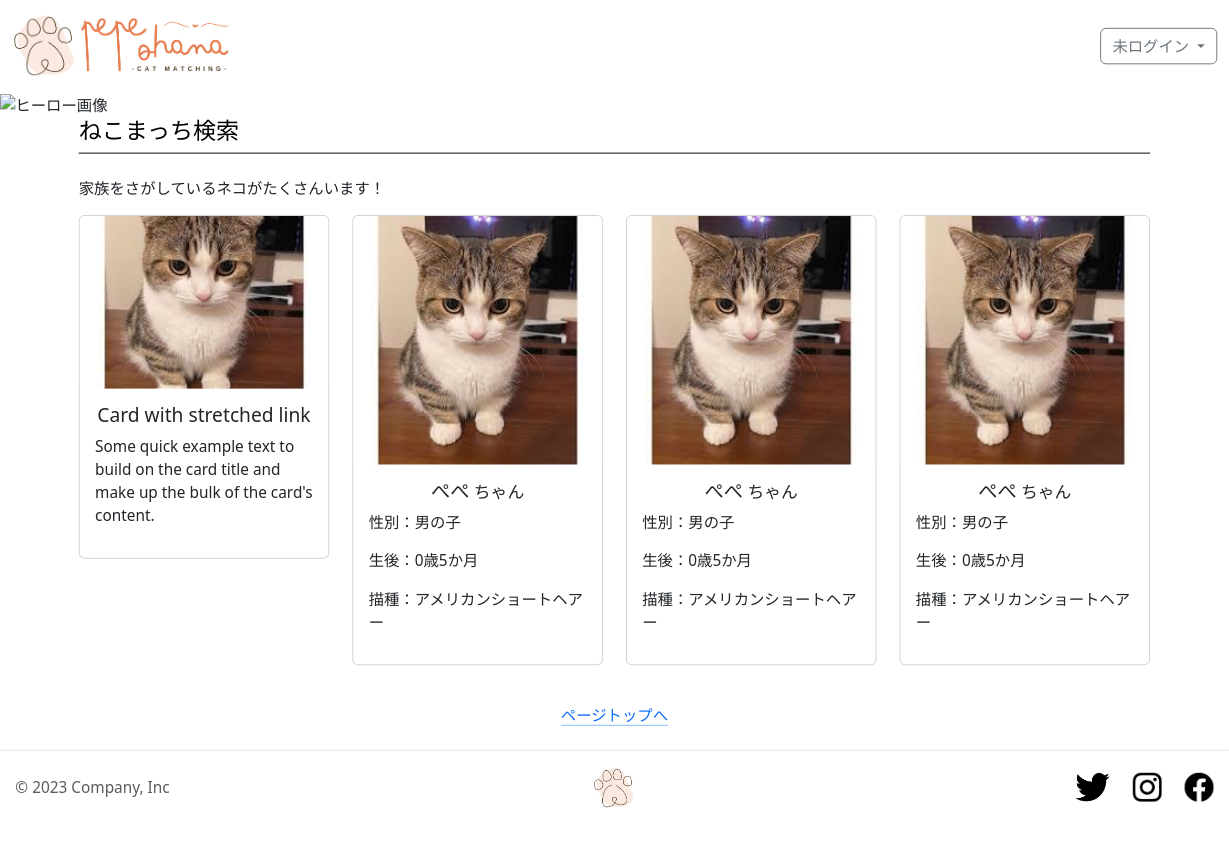
Repository: sakuwell/pepe
Page: http://localhost/PepeOhana/top.jsp
An editor plug-in stored every save of this project. The page is shown before and after the next save, followed by the edit.
The browser window is 1280 px wide. The pictures show the whole page, at 96% of full size.
The page is served by Tomcat 9. Other server files are loaded and not shown.

Above is the page before, as saved 2023-09-06 01:46:40.

### ExWorkSpace/PepeOhana/src/main/webapp/top.jsp
<%@ page language="java" contentType="text/html; charset=UTF-8"
    pageEncoding="UTF-8"%>
<%@ page import="model.UsersInfoDto" %>

<!DOCTYPE html>
<html lang="ja">
<head>
    <meta charset="UTF-8">
    <meta name="viewport" content="width=device-width, initial-scale=1.0">
    <!-- Bootstrap CSS -->
    <link href="https://cdn.jsdelivr.net/npm/bootstrap@5.3.0/dist/css/bootstrap.min.css" rel="stylesheet" integrity="sha384-9ndCyUaIbzAi2FUVXJi0CjmCapSmO7SnpJef0486qhLnuZ2cdeRhO02iuK6FUUVM" crossorigin="anonymous">
    <script src="https://cdn.jsdelivr.net/npm/bootstrap@5.3.0/dist/js/bootstrap.bundle.min.js" integrity="sha384-geWF76RCwLtnZ8qwWowPQNguL3RmwHVBC9FhGdlKrxdiJJigb/j/68SIy3Te4Bkz" crossorigin="anonymous"></script>
    <title>Top | pepeohana</title>
</head>

<%
    // セッションを取得
	UsersInfoDto userInfoOnSession = (UsersInfoDto)session.getAttribute("LOGIN_INFO");
	boolean isLoggedIn = false;
	String userName = "";
	//HttpSession mysession = request.getSession(true);

    // セッションが存在し、username属性もセットされている場合はログイン済み
    if (userInfoOnSession != null) {
		userName = userInfoOnSession.getUserName();
        isLoggedIn = true;
    }
%>

<body>
	<% if (isLoggedIn) { %>
    <!-- ログイン済ヘッダー -->
    <nav class="navbar navbar-expand-lg navbar-light bg-white">
        <div class="container-fluid">
            <a class="navbar-brand" href="#">
                <img src="images/pepe_ohana_logo.png" alt="ページロゴ" width="auto" height="70">
            </a>
            <div class="btn-group">
                <button type="button" class="btn btn-secondary dropdown-toggle" data-bs-toggle="dropdown" aria-expanded="false">
                    userName
                </button>
                <ul class="dropdown-menu dropdown-menu-end">
                    <li><a class="dropdown-item" href="#">マイページ</a></li>
                    <li><a class="dropdown-item" href="#">ログアウト</a></li>
                </ul>
            </div>
        </div>
    </nav>
    <!-- ログイン済ヘッダーここまで -->
    <% } else { %>
    <!-- 未ログインヘッダー -->
    <nav class="navbar navbar-expand-lg navbar-light bg-white">
        <div class="container-fluid">
          <a class="navbar-brand" href="#">
            <img src="images/pepe_ohana_logo.png" alt="ページロゴ" width="auto" height="70">
          </a>
          <div class="btn-group">
            <button type="button" class="btn btn-outline-secondary dropdown-toggle" data-bs-toggle="dropdown" aria-expanded="false">
              未ログイン
            </button>
            <ul class="dropdown-menu dropdown-menu-end">
              <li><a class="dropdown-item" href="#">ログイン</a></li>
              <li><a class="dropdown-item" href="#">新規ユーザー登録</a></li>
            </ul>
          </div>
        </div>
    </nav>
    <!-- 未ログインヘッダーここまで -->
    <% } %>


    <!-- ヒーロー画像 -->
    <img src="#" class="img-fluid" alt="ヒーロー画像">

    <!-- ここから下　ページごとの内容 -->
    <div>
        <!-- 検索フォームゾーン -->
        <div class="container">
            <div class="h4 pb-2 mb-4 text-black border-bottom border-black">
                ねこまっち検索
            </div>
                <p>家族をさがしているネコがたくさんいます！</p>
            <!-- 猫カード -->
            <div class="row">
 				<!-- カードのコンテンツ -->
               <!-- カードのコンテンツ -->
               <div class="col-6 col-md-4 col-lg-3">
                    <div class="card mb-3">
                        <img src="images/cat_1.jpg" style="height:180px; width: 100%; object-fit: cover;" class="card-img-top" alt="猫画像">
                        <div class="card-body">
                            <h5 class="card-title text-center">Card with stretched link</h5>
                            <p class="card-text text-right">Some quick example text to build on the card title and make up the bulk of the card's content.</p>
                            <div class="d-flex justify-content-center">
                                <a href="#" class="stretched-link"></a>
                            </div>
                        </div>
                    </div>
                </div>
 				<!-- カードのコンテンツ -->
                <div class="col-6 col-md-4 col-lg-3">
                    <div class="card mb-3">
                        <img src="images/ねこ_1.jpg" class="card-img-top" alt="猫画像" style="width:100%">
                        <div class="card-body">
                            <h5 class="card-title text-center">ぺぺ<small> ちゃん</small></h5>
                            <p class="card-text text-right">性別：男の子</p>
                            <p class="card-text text-right">生後：0歳5か月</p>
                            <p class="card-text text-right">描種：アメリカンショートヘアー</p>
                            <div class="d-flex justify-content-center">
                                <a href="#" class="stretched-link"></a>
                            </div>
                        </div>
                    </div>
                </div>
				<!-- カードのコンテンツ -->
                <div class="col-6 col-md-4 col-lg-3">
                    <div class="card mb-3">
                        <img src="images/ねこ_1.jpg" class="card-img-top" alt="猫画像" style="width:100%">
                        <div class="card-body">
                            <h5 class="card-title text-center">ぺぺ<small> ちゃん</small></h5>
                            <p class="card-text text-right">性別：男の子</p>
                            <p class="card-text text-right">生後：0歳5か月</p>
                            <p class="card-text text-right">描種：アメリカンショートヘアー</p>
                            <div class="d-flex justify-content-center">
                                <a href="#" class="stretched-link"></a>
                            </div>
                        </div>
                    </div>
                </div>
                <!-- カードのコンテンツ -->
                <div class="col-6 col-md-4 col-lg-3">
                    <div class="card mb-3">
                        <img src="images/ねこ_1.jpg" class="card-img-top" alt="猫画像" style="width:100%">
                        <div class="card-body">
                            <h5 class="card-title text-center">ぺぺ<small> ちゃん</small></h5>
                            <p class="card-text text-right">性別：男の子</p>
                            <p class="card-text text-right">生後：0歳5か月</p>
                            <p class="card-text text-right">描種：アメリカンショートヘアー</p>
                            <div class="d-flex justify-content-center">
                                <a href="#" class="stretched-link"></a>
                            </div>
                        </div>
                    </div>
                </div>
            </div>
        </div>
    </div>
    <!-- ここまで　ページごとの内容 -->

    <!-- フッター -->
    <div class="text-center mt-4">
        <a class="icon-link icon-link-hover" href="#">
            ページトップへ
        </a>
    </div>
    <footer class="d-flex flex-wrap justify-content-between align-items-center py-3 my-4 border-top">
        <div class="col-md-4 d-flex align-items-center ms-3">
          	<span class="mb-3 mb-md-0 text-body-secondary">© 2023 Company, Inc</span>
        </div>
        <div>
        	<a href="#"><img alt="ロゴ画像" src="images/nikukyu_logo.png" width="auto" height="45"></a>
   		</div>
        <ul class="nav col-md-4 justify-content-end list-unstyled d-flex me-3">
            <li><a href="#"><img src=images/twitter_logo.png width="auto" height="30"></a></li>
            <li class="ms-4"><a href="#"><img src=images/insta_logo.png width="auto" height="30"></a></li>
            <li class="ms-4"><a href="#"><img src=images/facebook_logo.png width="auto" height="30"></a></li>
        </ul>
    </footer>
    <!-- フッター　ここまで -->

</body>
</html>

After the next save:
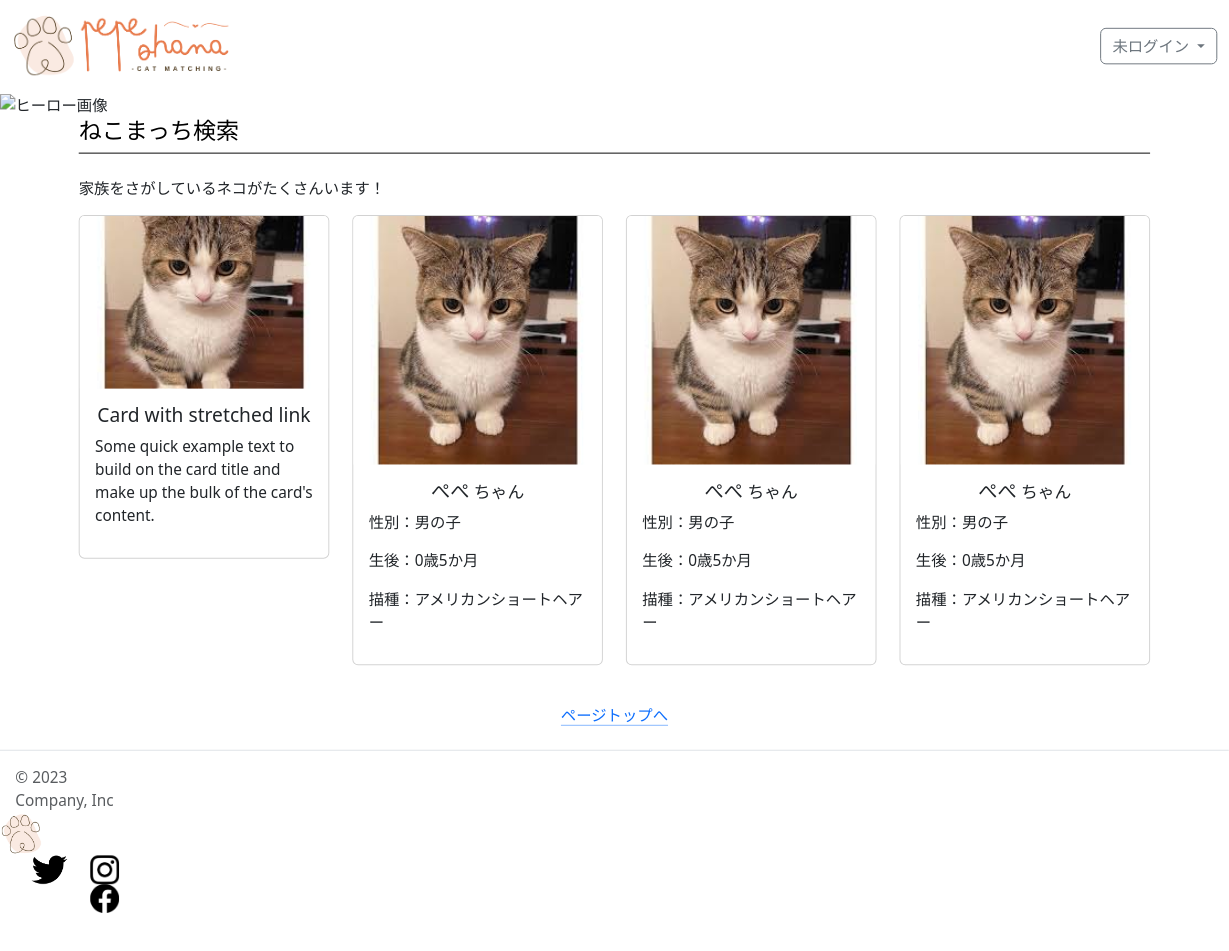
Saved 4 min 0 s later.
--- a/ExWorkSpace/PepeOhana/src/main/webapp/top.jsp
+++ b/ExWorkSpace/PepeOhana/src/main/webapp/top.jsp
@@ -153,17 +153,19 @@
         </a>
     </div>
     <footer class="d-flex flex-wrap justify-content-between align-items-center py-3 my-4 border-top">
-        <div class="col-md-4 d-flex align-items-center ms-3">
-          	<span class="mb-3 mb-md-0 text-body-secondary">© 2023 Company, Inc</span>
+        <div class="row">
+	        <div class="col-md-4 d-flex align-items-center ms-3">
+	          	<span class="mb-3 mb-md-0 text-body-secondary">© 2023 Company, Inc</span>
+	        </div>
+	        <div class="col-md-4>
+	        	<a href="#"><img alt="ロゴ画像" src="images/nikukyu_logo.png" width="auto" height="45"></a>
+	   		</div>
+	        <ul class="nav col-12 col-md-4 justify-content-end list-unstyled d-flex me-3">
+	            <li><a href="#"><img src=images/twitter_logo.png width="auto" height="30"></a></li>
+	            <li class="ms-4"><a href="#"><img src=images/insta_logo.png width="auto" height="30"></a></li>
+	            <li class="ms-4"><a href="#"><img src=images/facebook_logo.png width="auto" height="30"></a></li>
+	        </ul>
         </div>
-        <div>
-        	<a href="#"><img alt="ロゴ画像" src="images/nikukyu_logo.png" width="auto" height="45"></a>
-   		</div>
-        <ul class="nav col-md-4 justify-content-end list-unstyled d-flex me-3">
-            <li><a href="#"><img src=images/twitter_logo.png width="auto" height="30"></a></li>
-            <li class="ms-4"><a href="#"><img src=images/insta_logo.png width="auto" height="30"></a></li>
-            <li class="ms-4"><a href="#"><img src=images/facebook_logo.png width="auto" height="30"></a></li>
-        </ul>
     </footer>
     <!-- フッター　ここまで -->
 
